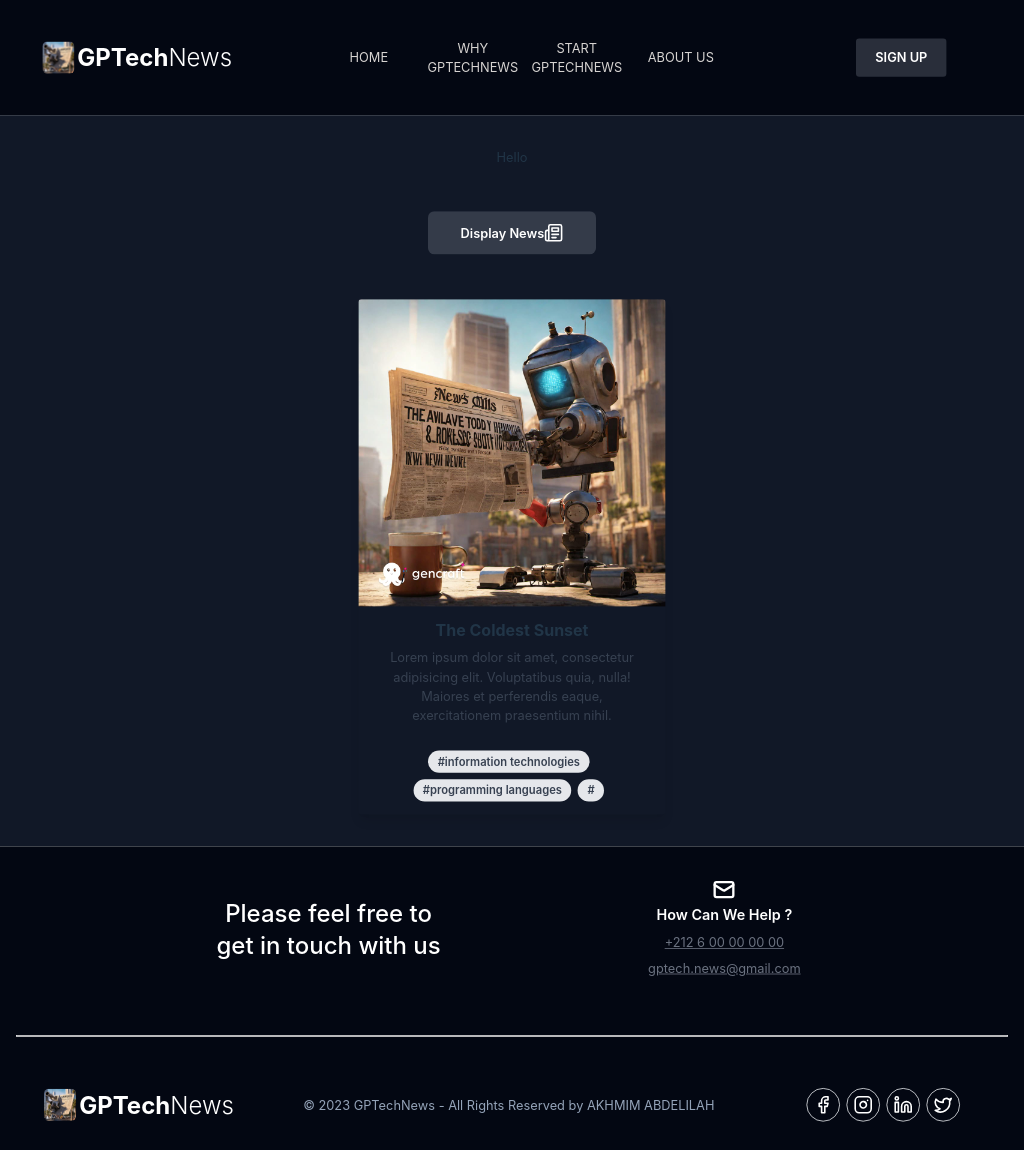
Repository: Lablab-me-Hackathon/gptech-news-frontend
Page: /
An editor plug-in stored every save of this project. The page is shown before and after a run of saves, followed by the edit.
The browser window is 1280 px wide. The pictures show the whole page, at 80% of full size.
The project was rebuilt for these pictures with package versions that can differ from the ones it lists, and the page was loaded fresh each time. Also part of the build but not shown: vite.config.js.

Above is the page before, as saved 2023-08-05 17:27:51.

After the next 2 saves:
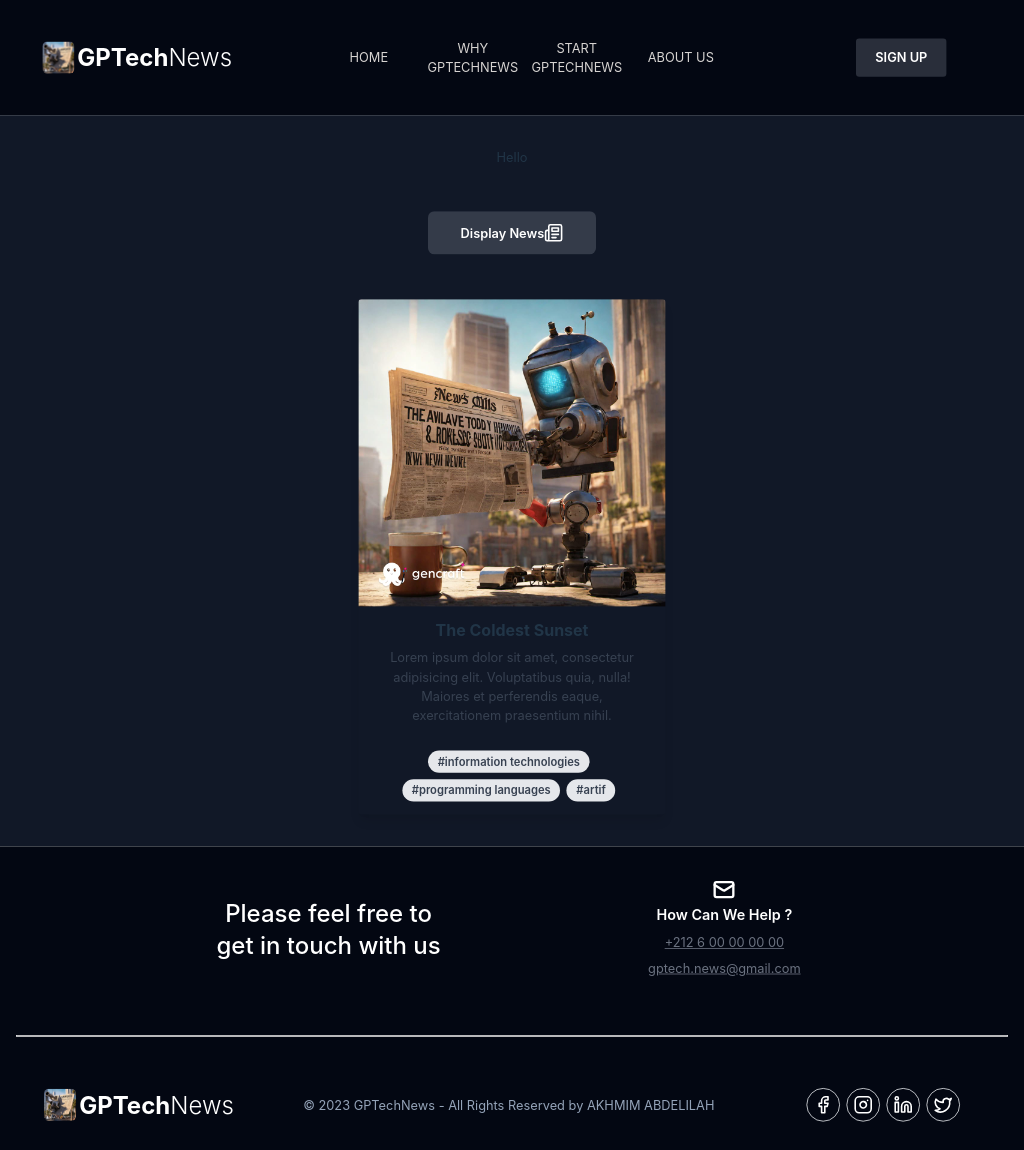
The 2 saves are shown as one change because they came seconds apart.
The last was saved 18 s later.
--- a/src/services/main/Cards.jsx
+++ b/src/services/main/Cards.jsx
@@ -12,7 +12,7 @@
     <div className="px-6 pt-4 pb-2">
       <span className="inline-block bg-gray-200 rounded-full px-3 py-1 text-sm font-semibold text-gray-700 mr-2 mb-2">#information technologies</span>
       <span className="inline-block bg-gray-200 rounded-full px-3 py-1 text-sm font-semibold text-gray-700 mr-2 mb-2">#programming languages</span>
-      <span className="inline-block bg-gray-200 rounded-full px-3 py-1 text-sm font-semibold text-gray-700 mr-2 mb-2">#</span>
+      <span className="inline-block bg-gray-200 rounded-full px-3 py-1 text-sm font-semibold text-gray-700 mr-2 mb-2">#artif</span>
     </div>
   </div></div>
   )
